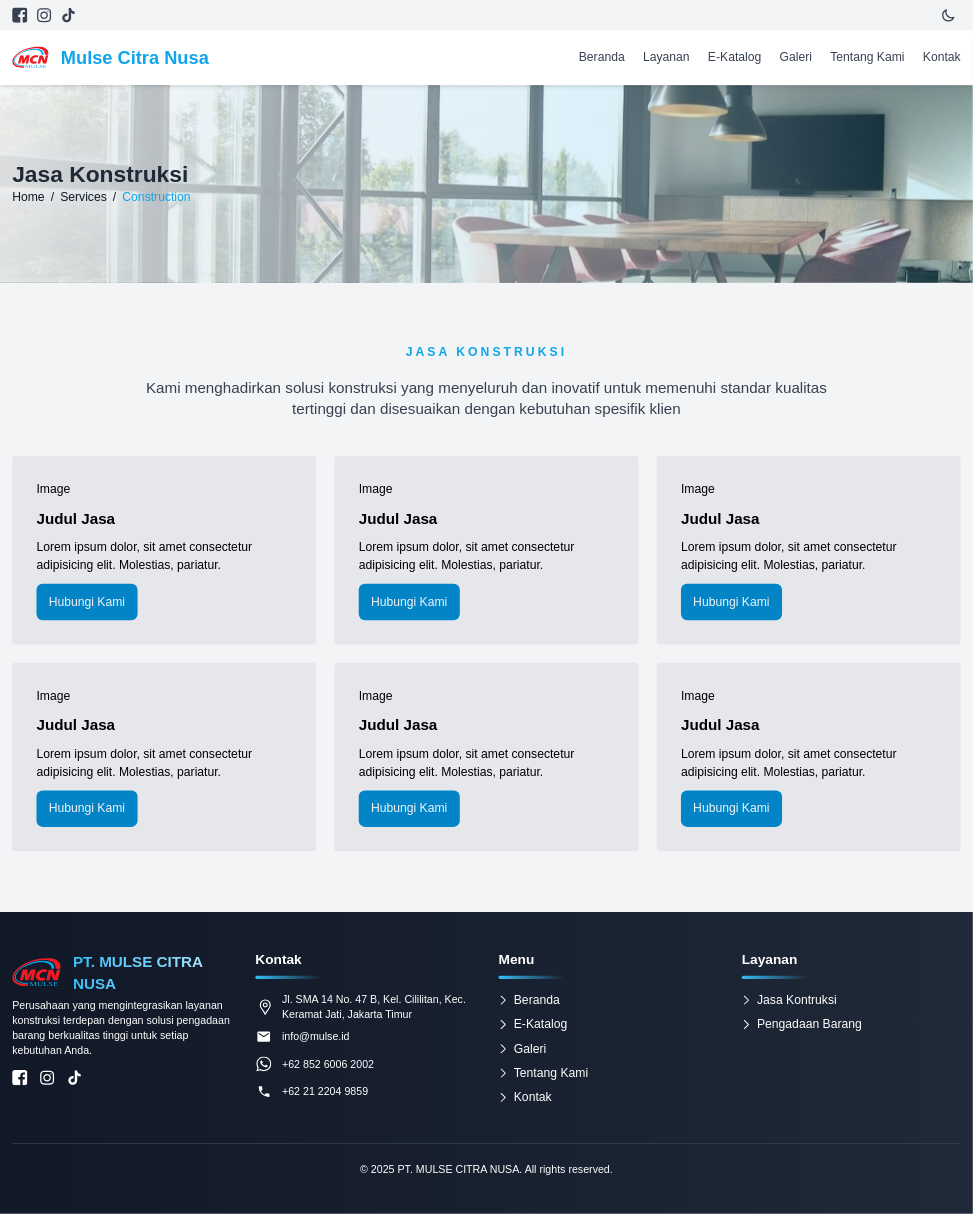
Repository: PrasBaldin/next-mulse
Page: /services/construction
The author's editor kept a copy of each file at every save. The page is drawn from the files as they stood at one save, then again after the next save.
The browser window is 1280 px wide. The pictures show the whole page, at 76% of full size.
The project was rebuilt for these pictures with package versions that can differ from the ones it lists, and the page was loaded fresh each time. The framework's server and built-in components were replaced by stand-ins that run in the browser. Also part of the build but not shown: next.config.ts.

Above is the page before, as saved 2025-02-26 13:49:41.

After the next save:
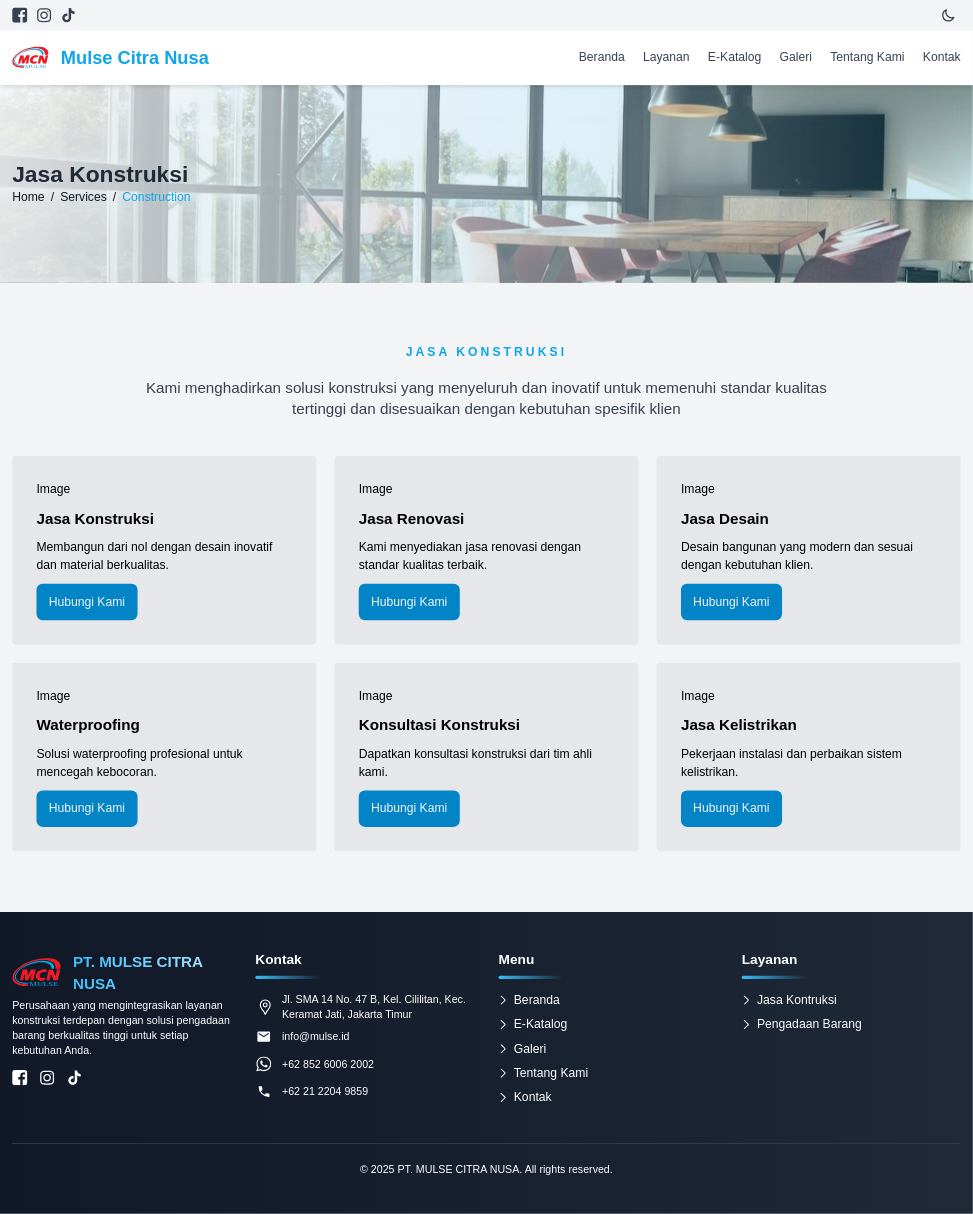
Saved 48 s later.
--- a/app/services/construction/page.tsx
+++ b/app/services/construction/page.tsx
@@ -99,13 +99,10 @@
                   <span>Image</span>
                 </div>
                 <div className="card-title text-xl font-semibold pb-3">
-                  <h4>Judul Jasa</h4>
+                  <h4>{service.title}</h4>
                 </div>
                 <div className="card-desc pb-3">
-                  <p>
-                    Lorem ipsum dolor, sit amet consectetur adipisicing elit.
-                    Molestias, pariatur.
-                  </p>
+                  <p>{service.description}</p>
                 </div>
                 <button className="btn btn-primary">Hubungi Kami</button>
               </div>
